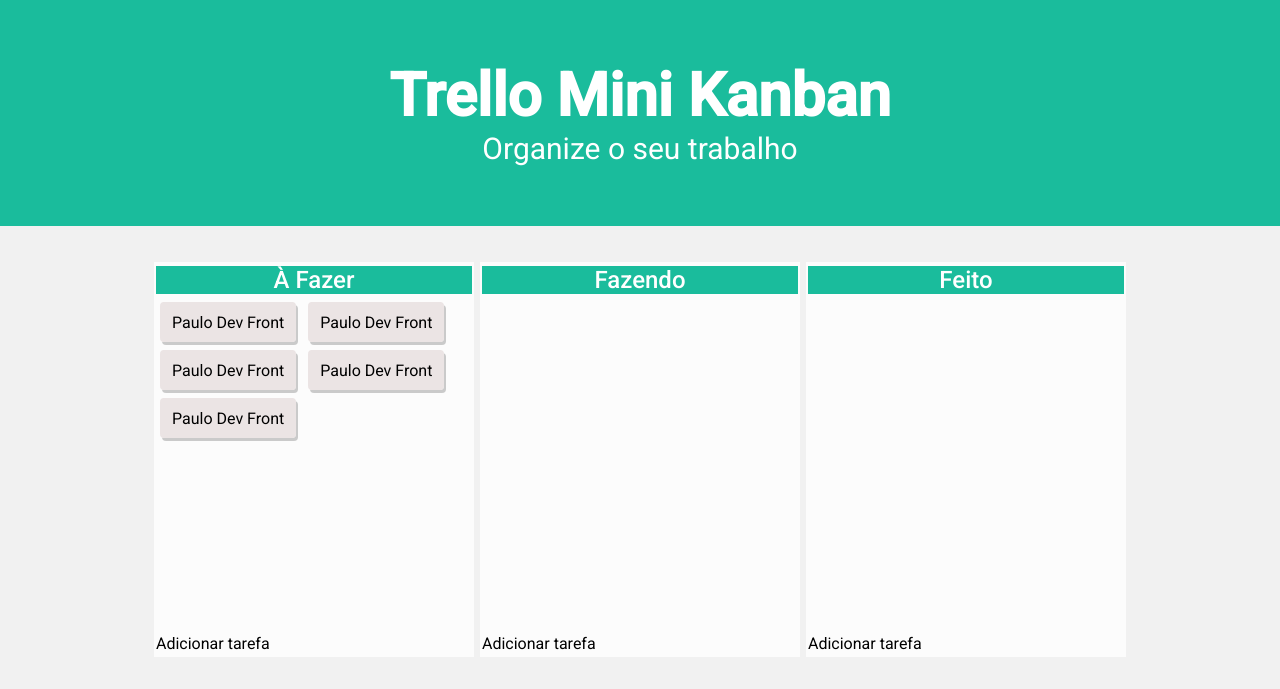
Repository: douglasabnovato/byteclass
Page: trello-mini-kanban/index.html
These files come from the project's save history. The page is drawn as it stood at one moment and after the next save; the edit follows.
The browser window is 1280 px wide. The pictures show the whole page.

Above is the page before, as saved 2025-07-31 21:23:21.

After the next save:
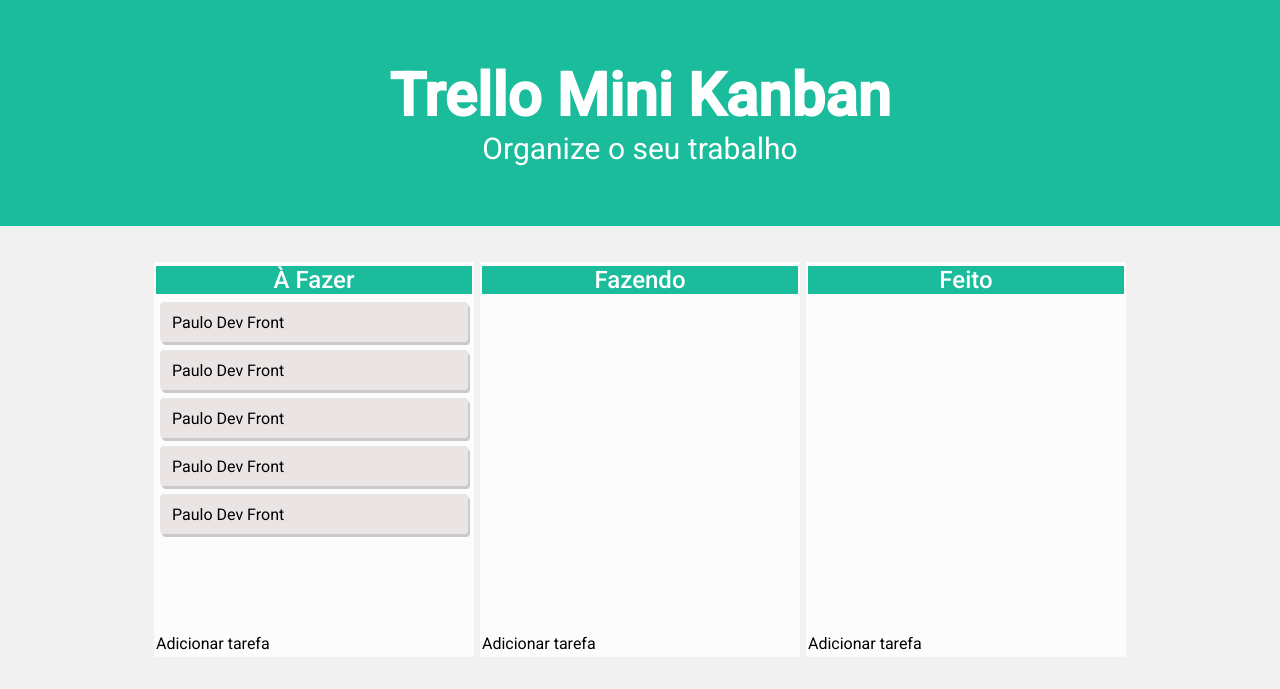
Saved 62 s later.
--- a/trello-mini-kanban/style.css
+++ b/trello-mini-kanban/style.css
@@ -58,7 +58,7 @@
   display: flex;
   justify-content: space-between;
   align-items: center;
-  min-width: 100px;
+  min-width: 100%;
   height: 40px;
   padding: 8px 12px;
   background-color: rgba(232, 225, 225, 0.873);
